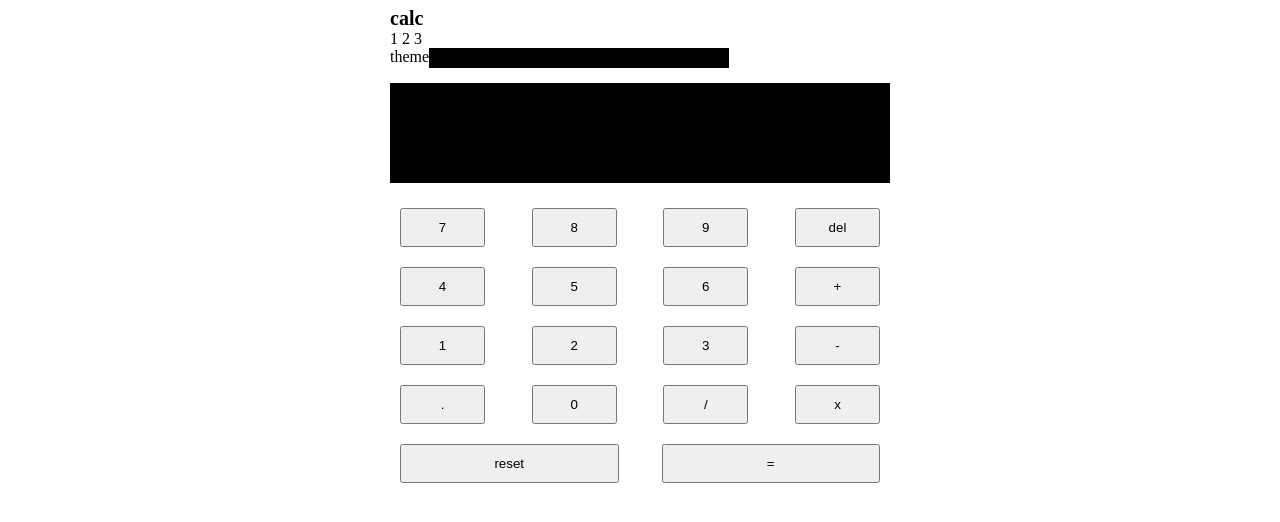
Repository: Eugene44-hub/basic-calculator
Page: index.html
These files come from the project's save history. The page is drawn as it stood at one moment and after the next save; the edit follows.
The browser window is 1280 px wide. The pictures show the whole page.

Above is the page before, as saved 2021-10-02 02:37:36.
Console error: SyntaxError: Unexpected end of input

### index.html
<!DOCTYPE html>
<html lang="en">

<head>
    <link rel="stylesheet" href="style.css">
    <meta charset="UTF-8">
    <meta http-equiv="X-UA-Compatible" content="IE=edge">
    <meta name="viewport" content="width=device-width, initial-scale=1.0">
    <title>Document</title>
</head>

<body>
    <div class="cal-container">

        <div class="theme">
            <h2>calc
            </h2>
            <div class="theme-number">
                <div class="number-toggle">
                    <span id="one">1</span>
                    <span id="two">2</span>
                    <span id="three">3</span>

                    <div class="toggle">
                        <p>theme</p>
                        <div class="bar"></div>

                    </div>
                </div>
            </div>
        </div>
        <div class="output">

        </div>
        <div class="buttons">
            <button id="number-button">7</button>
            <button id="number-button">8</button>
            <button id="number-button">9</button>
            <button id="del-button">del</button>
            <button id="number-button">4</button>
            <button id="number-button">5</button>
            <button id="number-button">6</button>
            <button id="addition-button">+</button>
            <button id="number-button">1</button>
            <button id="number-button">2</button>
            <button id="number-button">3</button>
            <button id="minus-button">-</button>
            <button id="dot-button">.</button>
            <button id="number-button">0</button>
            <button id="division-button">/</button>
            <button id="multiply-button">x</button>
            <button id="reset-button">reset</button>
            <button id="equals-button">=</button>
        </div>
    </div>

    <script src="app.js"></script>
</body>

</html>

### style.css
* {
    padding: 0;
    margin: 0;
    box-sizing: border-box;
}

body {
    display: flex;
    height: 500px;
}

.theme {
    display: flex;
    flex-wrap: wrap;
}

.toggle {
    display: flex;
}

.bar {
    background-color: black;
    height: 20px;
    width: 300px;
}

h2 {
    flex: 50%;
    align-self: center;
    font-size: 20px;
}

.theme-number {
    flex: 50%;
}

.number-toggle {}

span {
    flex: 30%;
}

.cal-container {
    margin: auto;
    width: 500px;
}

.buttons {
    display: flex;
    flex-wrap: wrap;
    justify-content: space-between;
}

button {
    flex-basis: 17%;
    padding: 10px;
    margin: 10px;
}

#reset-button,
#equals-button {
    flex-basis: 43.7%
}

.output {
    height: 100px;
    background-color: black;
    margin: 15px 0
}

Loaded but not shown: app.js (common file)

After the next save:
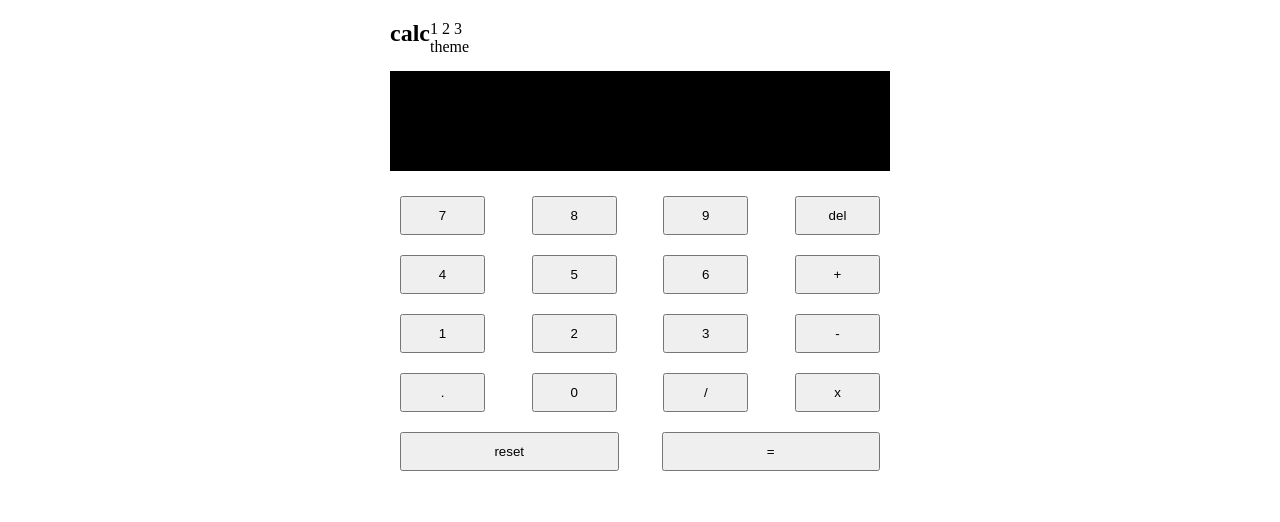
Saved 12 min 17 s later.
--- a/style.css
+++ b/style.css
@@ -13,28 +13,6 @@ body {
     display: flex;
     flex-wrap: wrap;
 }
-
-.toggle {
-    display: flex;
-}
-
-.bar {
-    background-color: black;
-    height: 20px;
-    width: 300px;
-}
-
-h2 {
-    flex: 50%;
-    align-self: center;
-    font-size: 20px;
-}
-
-.theme-number {
-    flex: 50%;
-}
-
-.number-toggle {}
 
 span {
     flex: 30%;
